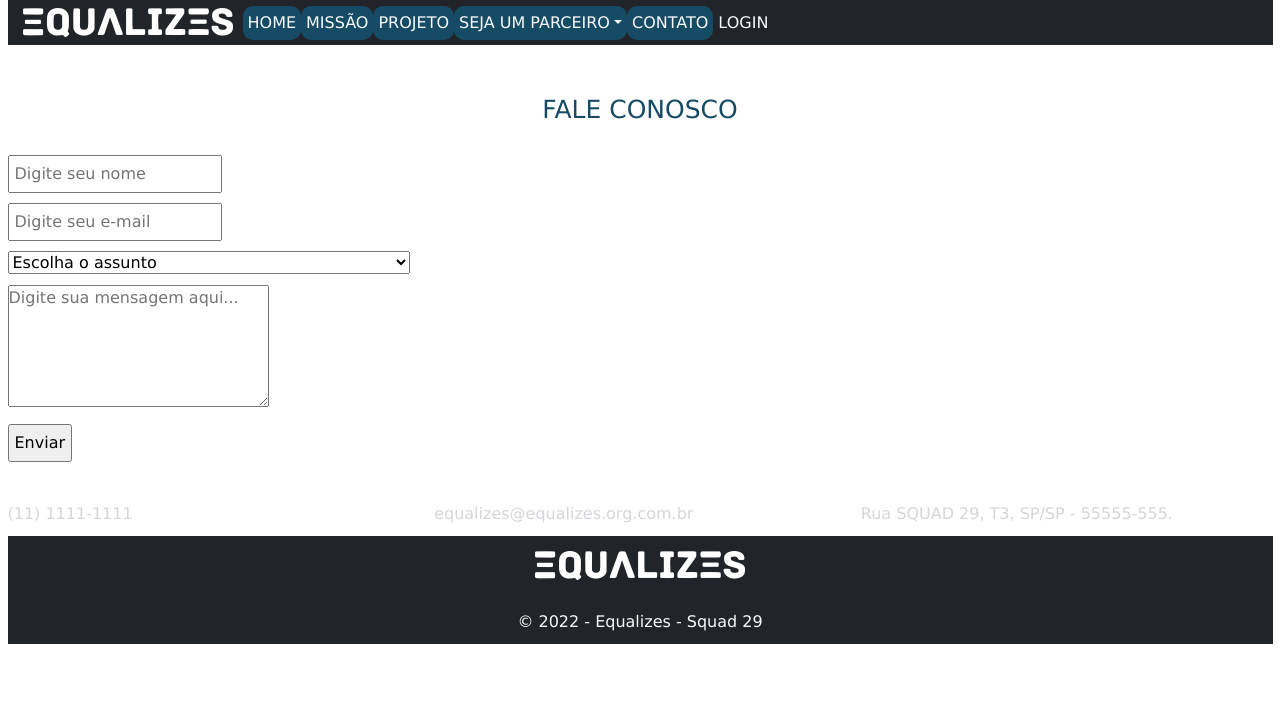
Repository: SQUAD29T3/-SpringEqualizesFinal
Page: http://localhost/admin/contato/editar
These files come from the project's save history. The page is drawn as it stood at one moment and after the next save; the edit follows.
The browser window is 1280 px wide. The pictures show the whole page.
The page is this project's Thymeleaf template; nobody is signed in. The template is opened directly, without the code that normally fills it, so the values that code supplies are empty.

Above is the page before, as saved 2022-10-25 16:00:39.

### SpringEqualizes/src/main/resources/templates/admin/contato/editar.html
<!DOCTYPE html>
<html lang="pt-br">

<head>
	<meta charset="UTF-8">
	<meta http-equiv="X-UA-Compatible" content="IE=edge">
	<meta name="viewport" content="width=device-width, initial-scale=1.0">

	<!-- BOOTSTRAP CSS -->
	<link href="https://cdn.jsdelivr.net/npm/bootstrap@5.0.2/dist/css/bootstrap.min.css" rel="stylesheet"
		integrity="sha384-EVSTQN3/azprG1Anm3QDgpJLIm9Nao0Yz1ztcQTwFspd3yD65VohhpuuCOmLASjC" crossorigin="anonymous">

	<!-- ICON DO SITE (E) -->
	<link rel="shortcut icon" th:href="@{/img/icon.jpg}" type="image/x-icon">


	<link rel="stylesheet" th:href="@{/css/admin.css}">

	<title> Fale conosco | Equalizes </title>

</head>

<body>


	<div class="container-fluid">

		<!-- INÍCIO MENU -->

		<div class="row">

			<div class="col-12 mb-5">

				<nav class="navbar navbar-expand-lg navbar-light bg-dark">
					<div class="container-fluid">
						<a class="navbar-brand" href="/">

							<img th:src="@{/img/logo_equalizes_white.png}" alt="logo" class="logo">

						</a>
						<button class="navbar-toggler d-lg-none" type="button" data-bs-toggle="collapse"
							data-bs-target="#collapsibleNavId" aria-controls="collapsibleNavId" aria-expanded="false"
							aria-label="Toggle navigation" style="background-color: #164B66;">
							<span class="navbar-toggler-icon"></span>
						</button>
						<div class="collapse navbar-collapse text-center" id="collapsibleNavId">
							<ul class="navbar-nav me-auto mt-2 mt-lg-0">
								<li class="nav-item active">
									<a class="nav-link text-light btn-hover" href="/"> HOME <span
											class="visually-hidden">(current)</span></a>
								</li>
								<li class="nav-item">
									<a class="nav-link text-light btn-hover" href="/"> MISSÃO </a>
								</li>
								<li class="nav-item">
									<a class="nav-link text-light btn-hover" href="/"> PROJETO </a>
								</li>

								<li class="nav-item dropdown">
									<a class="nav-link dropdown-toggle text-light btn-hover" href="#" id="dropdownId"
										data-bs-toggle="dropdown" aria-haspopup="true" aria-expanded="false">SEJA UM
										PARCEIRO</a>
									<div class="dropdown-menu" aria-labelledby="dropdownId">
										<a class="dropdown-item text-center btn-hover"
											href="/cadastroEscola">ESCOLAS</a>

										<hr class="dropdown-divider">

										<a class="dropdown-item text-center btn-hover"
											href="/cadastroEmpresa">EMPRESAS</a>
									</div>
								</li>

								<li class="nav-item">
									<a class="nav-link text-light btn-hover" href="#"> CONTATO </a>
								</li>
								<li class="nav-item">
									<a class="nav-link text-light btn-login float-right" href="/login"> LOGIN </a>
								</li>

							</ul>

						</div>
					</div>
				</nav>

			</div>

		</div>

		<!-- FIM MENU -->


		<!-- INÍCIO CONTATOS -->


		<div class="row">

			<div class="col-12 mb-3">

				<h1> FALE CONOSCO</h1>

			</div>


		</div>


		<main>

			<div class="row">

				<!-- INÍCIO FORMULÁRIO -->
				<div class="col-12">

					<form method="post" th:object="${contatos}">

						<div class="col-12">

							<input type="text" name="nome" id="nome_contato" required placeholder="Digite seu nome">

						</div>

						<div class="col-12 mt-3">

							<input type="email" name="email" id="email_contato" placeholder="Digite seu e-mail"
								required>

						</div>

						<div class="col-12 mt-3">

							<select name="assunto" id="assunto_contato" required>

									<option value="0">Escolha o assunto</option>
									<option value="Assuntos financeiros">Assuntos financeiros</option>
									<option value="Assuntos relacionados a marketing">Assuntos relacionados a marketing</option>
									<option value="Dúvidas sobre como ser uma empresa parceira">Dúvidas sobre como ser uma empresa parceira</option>
									<option value="Dúvidas sobre como ser uma escola parceira">Dúvidas sobre como ser uma escola parceira</option>
									<option value="Dúvidas sobre como doar sendo pessoa física">Dúvidas sobre como doar sendo pessoa física</option>

							</select>

						</div>


						<div class="col-12 mt-3">
							<textarea name="mensagem" id="mensagem_contato" cols="30" rows="5" placeholder="Digite sua mensagem aqui..." required></textarea>

						</div>


						<div class="col-12 mt-3">

							<input type="date" class="form-control" name="dataContato" 	id="dataContato"  hidden />

							<input type="submit" value="Enviar">

						</div>



					</form>

					<!-- FIM FORMULÁRIO -->


				</div>



			</div>


			<!-- CARDS CONTATO -->

			<div class="row mt-5 alinhamento-linha">

				<!-- CARD PHONE -->

				<div class="col-md-4 mt-3">

					<div class="div-contatos">

						<div class="icon">

							<i class="ri-phone-fill ri-xl"></i>

						</div>
						<p> (11) 1111-1111 </p>

					</div>


				</div>


				<!-- CARD EMAIL -->
				<div class="col-md-4 mt-3">

					<div class="div-contatos">

						<div class="icon">
							<i class="ri-mail-fill ri-xl"></i>
						</div>

						<p> equalizes@equalizes.org.com.br </p>

					</div>


				</div>


				<!-- CARD ENDEREÇO -->
				<div class="col-md-4 mt-3">

					<div class="div-contatos">

						<div class="icon">
							<i class="ri-map-pin-add-fill ri-xl"></i>
						</div>

						<p> Rua SQUAD 29, T3, SP/SP - 55555-555. </p>

					</div>


				</div>


			</div>


		</main>

		<!-- FIM CONTATOS -->


		<!-- ICON SCROLL TOP -->

		<i onclick="subirTela()" class="ri-arrow-up-s-line" id="icon-top"></i>

		<!-- ICON SCROLL TOP -->


		<!-- RODAPÉ -->

		<footer>


			<div class="row">

				<div class="col-12 text-center mt-4">

					<img th:src="@{/img/logo_equalizes_white.png}" alt="logo" class="logo">

				</div>

			</div>



			<div class="row">

				<div class="col-12 text-center mt-4">


					<div class="icon-redeSociais">

						<a href="https://github.com/SQUAD29T3" target="_blank"> <i class="ri-github-fill"></i></a>


					</div>


				</div>

			</div>


			<div class="row">
				<div class="col-12">

					<p class="text-light text-center pt-4"> &copy 2022 - Equalizes - Squad 29 </p>

				</div>
			</div>


		</footer>

		<!-- FIM RODAPÉ -->

	</div>


	<!-- INSERINDO VALOR AO INPUT DATA -->
	<script>
		const inputDate = document.querySelector('#dataContato');
		const dataHoje = new Date();

		const d = dataHoje.getDate().toString().padStart(2, '0'); // Dia com 2 digitos;
		const m = String(dataHoje.getMonth() + 1).padStart(2, '0'); // Mês com 2 digitos
		const y = dataHoje.getFullYear(); // Ano com 4 digitos


		inputDate.value = `${y}-${m}-${d}`;

	</script>


	<!-- JAVASCRIPT EXTERNO -->
	<script th:src="@{/js/all.js}"></script>


	<!-- BOOTSTRAP JS -->
	<script src="https://cdn.jsdelivr.net/npm/bootstrap@5.0.2/dist/js/bootstrap.bundle.min.js"
		integrity="sha384-MrcW6ZMFYlzcLA8Nl+NtUVF0sA7MsXsP1UyJoMp4YLEuNSfAP+JcXn/tWtIaxVXM"
		crossorigin="anonymous"></script>

</body>

</html>

### SpringEqualizes/src/main/resources/static/css/admin.css
* {
    margin: 0;
    padding: 0;
    box-sizing: border-box;
}


/* SCROLLBAR */

::-webkit-scrollbar {
    width: 1rem;
    height: 0.5rem;
    background-color: #212529;
}

::-webkit-scrollbar-thumb {
    background-color: #164B66;
    border-radius: 20px;
}

/* FIM SCROLLBAR */


html {
    font-size: 62.5%;
}

body {
    font-family: 'Lucida Sans', 'Lucida Sans Regular', 'Lucida Grande', 'Lucida Sans Unicode', Geneva, Verdana, sans-serif;

    font-size: 1.6rem;

}



/* INÍCIO ICON DO SCROLL TOP */

#icon-top {
    background-color: #3d4650;
    color: #ffffff;

    padding: 0.5rem 1rem;
    text-align: center;


    border-radius: 50%;
    box-shadow: 0 0 0.1rem 0.1rem #ffffff;

    display: none;

    font-size: 2rem;
    font-weight: bold;

    position: fixed;
    right: 1rem;
    bottom: 2rem;

    cursor: pointer;
}

#icon-top:hover {
    background-color:  #164B66;
}

/* FIM ICON DO SCROLL TOP */




header {
	background-color: #212529;
	height: 10vh;

	display: flex;
	justify-content: space-between;
	align-items: center;
}


.logo {
    width: 21rem;
    height: 2.9rem;
}

.menuIcon {
   background-color: #212529;
   color: #fff;
   font-size: 3rem;

   padding: 0.1rem;
   border-radius: 1rem;;

}


/* INÍCIO MENU */

aside {
    position: fixed;
    top: 0;
    right: 0;
    z-index: 999;
    display: flex;
}

/* INÍCIO ÁREA DA IMG - ICON MENU */
#menu-opener {
    width: 40px;
    height: 40px;
    cursor: pointer;
    margin-top: 1.2rem;
    margin-right: 0.5rem;
}



/* FIM ÁREA DA IMG - ICON MENU */


/* INÍCIO LISTA/MENU */

#menu-area {
    width: 0;
    height: 100vh;
    background:  #164B66;
    overflow-x: hidden;
    overflow-y: auto;
    transition: all ease .5s;
}

#menu-area ul,
#menu-area li {
    padding: 0;
    list-style: none;
}

#menu-area li {
    display: flex;
    gap: 1rem;
    align-items: center;
    padding: 1rem;
    color: #fff;
    cursor: pointer;
}

#menu-area li:hover {
    background: #212529;
}

/* FIM LISTA/MENU */


/* APLICAÇÃO NO JS - ClassList */
.menu-aberto {
    width: 30rem !important;

}



/* FIM MENU */



.dropdown-menu {
    width: 100%;
    font-size: 1.6rem;
}





.btn-hover {
	background-color: #164B66;
	color: #fff;
	border: none;
	border-radius: 1rem;
    transition: all .2s;
}

.btn-hover:hover {
    background-color: #2EA043;
}


/* FIM MENU */







/* INÍCIO MAIN */

main {
    background-color: #fff;
    color: #3d465038;
    height: auto;
    border-radius: 1rem;
}


/* INÍCIO ADM */
.col-sm-4 > a {
	background-color: #164B66;
	color:  #fff;
	transition: all 0.2s;
	gap: 1rem;
	padding: 1rem;

	display: flex !important;
	flex-direction: column !important;

}

.col-sm-4 a:hover {
	background-color: #0C7EB3;
	color: #fff;
}








h1 {
	color: #164B66;
	text-align: center;
	margin: 2rem 0;
}


input {
	padding: 0.5rem;
}


/* FIM MAIN */


#table {
	overflow-y: auto;
}


/* INÍCIO FOOTER */

footer {
	background-color: #212529;
    height: auto;
}

.icon-redeSociais {
    font-size: 2.4rem;
}

footer i, a {
    text-decoration: none;
    color: #0C7EB3;
    cursor: pointer;
}


footer i:hover {

    color: #212529;

}

/* FIM FOOTER */




@media only screen and (max-width: 600px) {

	html {
		font-size: 55%;
	}



}

### SpringEqualizes/src/main/resources/static/js/all.js

//REALIZA O SCROLL
function subirTela() {

    window.scrollTo({
        top: 0,
        left: 0,
        behavior: 'smooth'
    });

}


// CONDIÇÃO PARA MOSTRAR OU NÃO O BOTÃO

function btnScroll() {

    if (window.scrollY < 200) {
        document.getElementById("icon-top").style.display = "none";

    } else {
        document.getElementById("icon-top").style.display = "block";
    }
};

// Monitora o scroll.
window.addEventListener('scroll', btnScroll);



// MENU - ADMIN
function menuToggle() {

    let menuArea = document.getElementById("menu-area");

    if (menuArea.classList.contains('menu-aberto') == true) {

        menuArea.classList.remove('menu-aberto');

    } else {
        menuArea.classList.add('menu-aberto');
    }

}

After the next save:
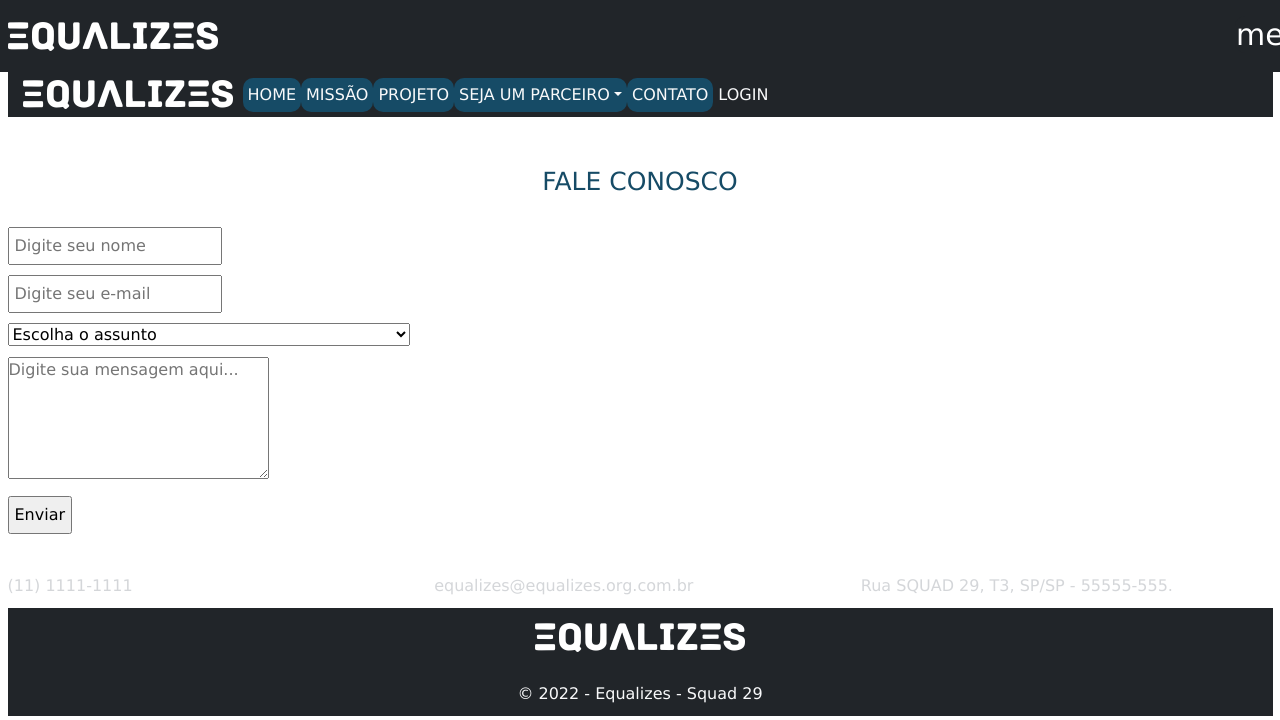
Saved 25 s later.
--- a/SpringEqualizes/src/main/resources/templates/admin/contato/editar.html
+++ b/SpringEqualizes/src/main/resources/templates/admin/contato/editar.html
@@ -21,6 +21,91 @@
 </head>
 
 <body>
+
+
+
+	<header class="container-fluid">
+
+
+		<img th:src="@{/img/logo_equalizes_white.png}" alt="logo" class="logo">
+
+
+		<!-- INÍCIO MENU -->
+
+		<aside>
+			<div id="menu-opener" onclick="menuToggle()">
+				<span class="material-symbols-outlined menuIcon">
+					menu
+				</span>
+			</div>
+			<div id="menu-area">
+				<ul>
+
+					<a href="/admin">
+						<li>
+
+							<span class="material-symbols-outlined">
+								home
+							</span>
+
+							INÍCIO
+
+						</li>
+					</a>
+
+					<a href="#">
+						<li>
+
+							<span class="material-symbols-outlined">
+								contact_mail
+							</span>
+							SOLICITAÇÕES DE CONTATO
+
+						</li>
+					</a>
+
+					<a href="">
+						<li>
+
+							<span class="material-symbols-outlined">
+								group_add
+							</span>
+
+							SOLICITAÇÕES DE PARCERIAS
+
+						</li>
+					</a>
+
+
+					<a href="">
+						<li class="nav-item dropdown">
+
+							<span class="material-symbols-outlined text-light">
+								handshake
+							</span>
+
+							<a class="dropdown-toggle text-light" href="#" id="dropdownId" data-bs-toggle="dropdown"
+								aria-haspopup="true" aria-expanded="false">PARCEIROS</a>
+							<div class="dropdown-menu" aria-labelledby="dropdownId">
+								<a class="dropdown-item text-center btn-hover" href="">ESCOLAS</a>
+
+								<hr class="dropdown-divider">
+
+								<a class="dropdown-item text-center btn-hover" href="">EMPRESAS</a>
+
+						</li>
+					</a>
+
+
+				</ul>
+			</div>
+		</aside>
+
+		<!-- FIM MENU -->
+
+
+	</header>
+
 
 
 	<div class="container-fluid">
@@ -132,12 +217,16 @@
 
 							<select name="assunto" id="assunto_contato" required>
 
-									<option value="0">Escolha o assunto</option>
-									<option value="Assuntos financeiros">Assuntos financeiros</option>
-									<option value="Assuntos relacionados a marketing">Assuntos relacionados a marketing</option>
-									<option value="Dúvidas sobre como ser uma empresa parceira">Dúvidas sobre como ser uma empresa parceira</option>
-									<option value="Dúvidas sobre como ser uma escola parceira">Dúvidas sobre como ser uma escola parceira</option>
-									<option value="Dúvidas sobre como doar sendo pessoa física">Dúvidas sobre como doar sendo pessoa física</option>
+								<option value="0">Escolha o assunto</option>
+								<option value="Assuntos financeiros">Assuntos financeiros</option>
+								<option value="Assuntos relacionados a marketing">Assuntos relacionados a marketing
+								</option>
+								<option value="Dúvidas sobre como ser uma empresa parceira">Dúvidas sobre como ser uma
+									empresa parceira</option>
+								<option value="Dúvidas sobre como ser uma escola parceira">Dúvidas sobre como ser uma
+									escola parceira</option>
+								<option value="Dúvidas sobre como doar sendo pessoa física">Dúvidas sobre como doar
+									sendo pessoa física</option>
 
 							</select>
 
@@ -145,14 +234,15 @@
 
 
 						<div class="col-12 mt-3">
-							<textarea name="mensagem" id="mensagem_contato" cols="30" rows="5" placeholder="Digite sua mensagem aqui..." required></textarea>
+							<textarea name="mensagem" id="mensagem_contato" cols="30" rows="5"
+								placeholder="Digite sua mensagem aqui..." required></textarea>
 
 						</div>
 
 
 						<div class="col-12 mt-3">
 
-							<input type="date" class="form-control" name="dataContato" 	id="dataContato"  hidden />
+							<input type="date" class="form-control" name="dataContato" id="dataContato" hidden />
 
 							<input type="submit" value="Enviar">
 
